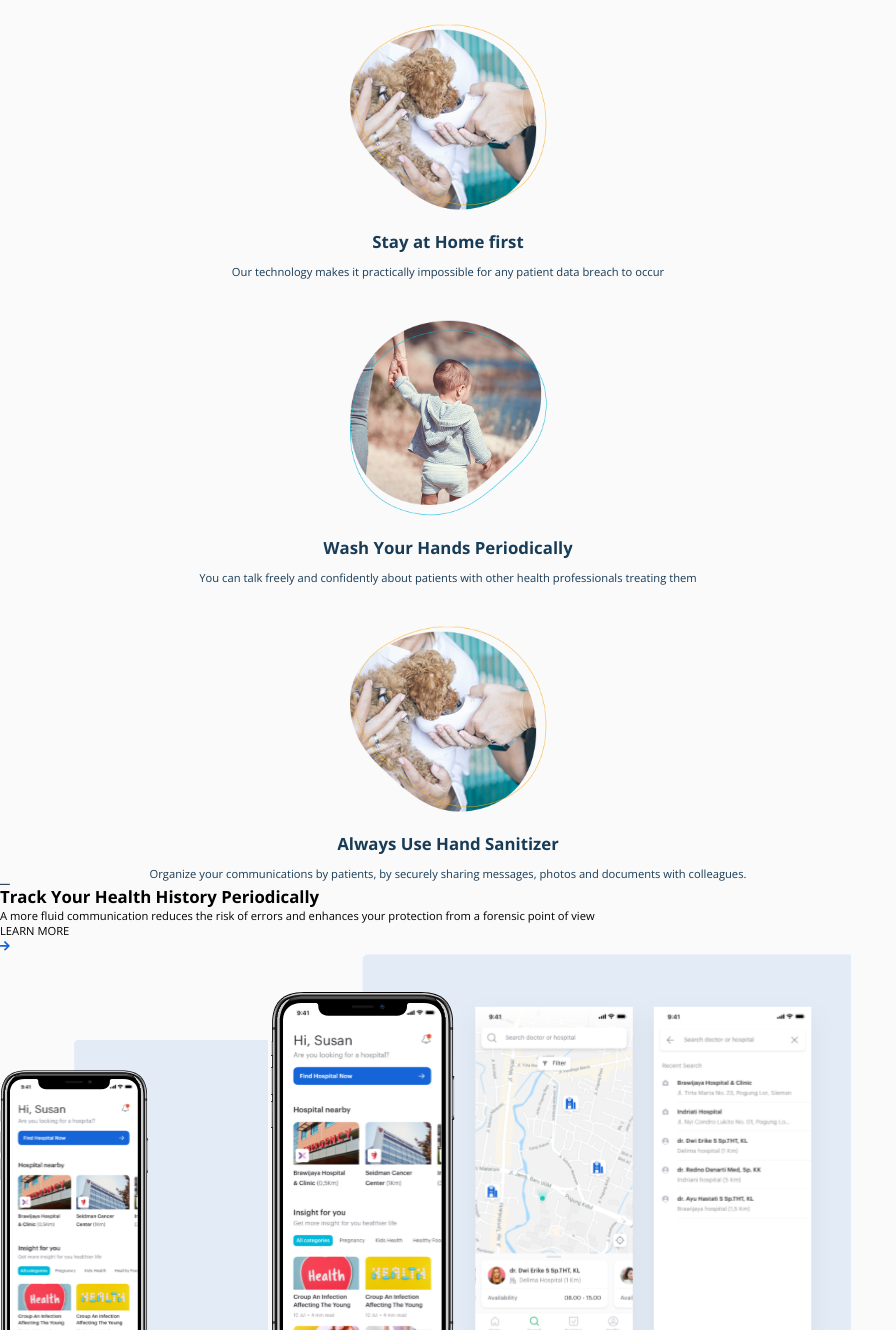
Repository: Esttevo/prova-html-css
Page: index.html
These files come from the project's save history. The page is drawn as it stood at one moment and after a run of saves; the edit follows.
The browser window is 1280 px wide. The pictures show the part of the page from y = 3615 to 5515 px (the page is 6748 px tall before and 6747 px after), at 70% of full size.
A picture or video elsewhere on the page could not be fetched, so the positions and the page height are approximate.

Above is the page before, as saved 2026-09-01 14:54:23.

### index.html
<!DOCTYPE html>
<html lang="en">
<head>
    <meta charset="UTF-8">
    <meta name="viewport" content="width=device-width, initial-scale=1.0">
    <title>Document</title>
    <link rel="stylesheet" href="style.css">
</head>
<body>
    <header>
        <img id="header-logo" src="img/icons/Logo.svg" alt="Logo escrita EHYA">

        <nav id="header-nav">
            <a class="no-chevron" href="#">Home</a>
            <a class="with-chevron" href="#">
                Landings
                <img src="img/icons/icon-chevron-down.svg" alt="indica que possui uma lista ao clicar">
            </a>
            <a class="with-chevron" href="#">
                Pages
                <img src="img/icons/icon-chevron-down.svg" alt="indica que possui uma lista ao clicar">
            </a>
            <a href="#">Docs</a>
            <a href="#">Help</a>
            <button>Get it now</button>
        </nav>

        <img src="img/icons/icon-menu-hamburger.svg" alt="Menu hamburger">
    </header>

    <main>
        <section id="section-hero">
            <div id="hero-text">
                <div id="bar-text">
                    <div class="estilization-bar"> a</div>

                    <h4>
                        Changing the way you
                        go to healthcare
                    </h4>
                </div>

                <h1>
                    Primary Care
                    Designed for
                    Real Life
                </h1>

                <p>
                Discuss patients, share notes and documents in a secure manner and be part of a network of health professionals ready to
                collaborate better.
                </p>

                <form id="form-hero" action="#">
                    <input id="text-write" type="text" placeholder="name@youremail.com">
                    <input id="button" type="submit" value="Subscribe">
                </form>
            </div>
            <img src="img/image-hero.png" alt="4 medicos sorrindo e uma medica sobrepondo os 4">
        </section>

        <section id="section-connect">
            <div id="connect-title-subtitle">
                <h2>
                    Connect easily. Collaborate efficiently.
                </h2>

                 <p>
                    Rather than do things the
                    ypical way, we’ve created
                    a membership-based primary
                    care practice truly designed
                    around your needs.
                </p>
            </div>

           <img src="img/Dashboard.svg" alt="dashboard de exemplo de um sistema de agendamento">

           <div id="cards-advantages">
                <div id="card-advantages-doctor">
                     <h2>01</h2>
                     <h3>For Doctor</h3>
                     <p>
                         You get an in-house
                         team to guide and advocate
                         for you through questions
                     </p>
                </div>

                <div id="card-advantages-patient">
                     <h2>02</h2>
                     <h3>For Patient</h3>
                     <p>
                         You get an in-house
                         team to guide and advocate
                         for you through questions
                     </p>
                </div>

                <div id="card-advantages-clinician">
                     <h2>03</h2>
                     <h3>For Clinician</h3>
                     <p>
                         You get an in-house
                         team to guide and advocate
                         for you through questions
                     </p>
                </div>
            </div>
        </section>

        <section id="section-protect">
            <h2>
                Protect yourself and your family first.
            </h2>

            <div id="protect-content-tips">
                <div class="content-tips-card">
                    <img src="img/icons/icon-house.svg" alt="">

                    <h3>
                        Stay at Home first
                    </h3>

                    <p>
                        Our technology makes
                        it practically impossible
                        for any patient data breach to occur
                    </p>
                </div>

                <div class="content-tips-card">
                    <img src="img/icons/icon-hand.svg" alt="">

                    <h3>
                        Wash Your Hands Periodically
                    </h3>

                    <p>
                        You can talk freely and confidently
                        about patients with other health professionals
                         treating them
                    </p>
                </div>

                <div class="content-tips-card">
                    <img src="img/icons/icon-remedy.svg" alt="">

                    <h3>
                        Consume more Vitamin C
                    </h3>

                    <p>
                        A more fluid communication reduces
                        the risk of errors and enhances your
                        protection from a forensic point of view
                    </p>
                </div>

                <div class="content-tips-card">
                    <img src="img/icons/icon-medicament.svg" alt="">

                    <h3>
                        Always Use Hand Sanitizer
                    </h3>

                    <p>
                        Organize your communications
                        by patients, by securely sharing
                        messages, photos and documents
                        with colleagues.
                    </p>
                </div>
            </div>
        </section>

        <section id="section-modern">
            <h2>
                Modern clinics.
                Smart, hassle
                -free care.
            </h2>

            <div id="modern-cards-content">
                <div class="modern-content-img-text">
                    <img src="img/image-medic.svg" alt="equipamentos de medico">
                    <h3>
                        Consume more Vitamin C
                    </h3>

                    <p>
                        A more fluid communication reduces
                        the risk of errors and enhances your
                        protection from a forensic point of view
                    </p>
                </div>

                <div class="modern-content-img-text">
                    <img src="img/image-dog.png" alt="cachorro tomando agua no colo">
                    <h3>
                        Stay at Home first
                    </h3>

                    <p>
                        Our technology makes
                        it practically impossible
                        for any patient data breach to occur
                    </p>
                </div>

                <div class="modern-content-img-text">
                    <img src="img/image-kid.png" alt="Criança caminhando de mão dada">
                    <h3>
                        Wash Your Hands Periodically
                    </h3>

                    <p>
                        You can talk freely and confidently
                        about patients with other health professionals
                         treating them
                    </p>
                </div>

                <div class="modern-content-img-text">
                    <img src="img/image-dog.png" alt="cachorro tomando agua no colo">
                    <h3>
                        Always Use Hand Sanitizer
                    </h3>

                    <p>
                        Organize your communications
                        by patients, by securely sharing
                        messages, photos and documents
                        with colleagues.
                    </p>
                </div>
            </div>
        </section>

        <section id="section-health">
            <div class="health-content-text">
                <div class="estilization-bar"></div>

                <h2>
                     Track Your Health
                     History Periodically
                </h2>

                <p>
                 A more fluid communication reduces
                 the risk of errors and enhances your
                 protection from a forensic
                 point of view
                </p>

                <div id="learn-more">
                     <p>LEARN MORE</p>
                     <img src="img/icons/icon-arrow-right.svg" alt="seta para a direita, clique para ler mais">
                </div>
            </div>

           <img id="image-mobile" src="img/image-health-mobile.svg" alt="iphone em um site de localização de hospitais com mapa e busca">
            <img id="image-desktop" src="img/image-health-desktop.svg" alt="iphone em um site de localização de hospitais com mapa e busca">
           <div id="count-pages">
                <p>1/4 screen</p>

                <div id="img-arrow">
                    <img src="img/icons/icon-button-left.svg" alt="botão para tela da esquerda">
                    <img src="img/icons/icon-button-right.svg" alt="botão para tela da direita">
                </div>
           </div>
        </section>

        <section id="section-resources">
            <article class="selected-resources-card">
                <img src="img/icons/icon-docs.png" alt="simbolo de documento">

                <h3>Stay at Home first</h3>

                <p>
                    A more fluid communication
                    reduces the risk of errors.
                </p>

                <a href="#">
                    READ ARTICLE
                </a>
            </article>

            <article class="resources-card">
                <img src="img/icons/icon-docs.png" alt="simbolo de documento">

                <h3>
                    Wash Your Hands
                </h3>

                <p>
                    A more fluid communication
                    reduces the risk of errors.
                </p>

                <a href="#">
                    READ ARTICLE
                </a>
            </article>

            <article class="resources-card">
                <img src="img/icons/icon-docs.png" alt="simbolo de documento">

                <h3>Use Hand Sanitizer</h3>

                <p>
                    A more fluid communication
                    reduces the risk of errors.
                </p>

                <a href="#">
                    READ ARTICLE
                </a>
            </article>

            <article class="resources-card">
                <img src="img/icons/icon-docs.png" alt="simbolo de documento">

                <h3>Consume Vitamin C</h3>

                <p>
                    A more fluid communication
                    reduces the risk of errors.
                </p>

                <a href="#">
                    READ ARTICLE
                </a>
            </article>
        </section>

        <section id="section-updates">
            <h2>be the first to know our updates</h2>

            <form action="#">
                <input  type="text" id="name" name="name" placeholder="&#xF007; Teste">
                <input  type="text" id="name" name="name" placeholder="&#xF007; Teste">
                <input type="submit" value="Subscribe Us">
            </form>
        </section>
    </main>

    <footer id="footer">
        <div id="footer-content-nav">
            <nav class="nav-footer">
                <a class="nav-title" href="#">Product</a>
                <a class="nav-item" href="#">Landingpage</a>
                <a class="nav-item" href="#">Features</a>
                <a class="nav-item" href="#">Documentation</a>
                <a class="nav-item" href="#">Referral Program</a>
                <a class="nav-item" href="#">Pricing</a>
            </nav>

            <nav class="nav-footer">
                <a class="nav-title" href="#">Services</a>
                <a class="nav-item" href="#">Documentation</a>
                <a class="nav-item" href="#">Design</a>
                <a class="nav-item" href="#">Themes</a>
                <a class="nav-item" href="#">Illustrations</a>
                <a class="nav-item" href="#">UI Kit</a>
            </nav>

            <nav class="nav-footer">
                <a class="nav-title" href="#">Company</a>
                <a class="nav-item" href="#">About</a>
                <a class="nav-item" href="#">Terms</a>
                <a class="nav-item" href="#">Privacy Policy</a>
                <a class="nav-item" href="#">Careers</a>
            </nav>

            <nav class="nav-footer">
                <a class="nav-title" href="#">More</a>
                <a class="nav-item" href="#">Documentation</a>
                <a class="nav-item" href="#">License</a>
                <a class="nav-item" href="#">Changelog</a>
            </nav>
        </div>

        <img src="img/icons/Logo.svg" alt="simbolo de logo">

        <p>Build a modern and creative website with crealand</p>

        <div id="icons-footer">
            <img src="img/icons/Icon-google.svg" alt="icone redirecionamento google">
            <img src="img/icons/icon-email.svg" alt="icone redirecionamento email">
            <img src="img/icons/icon-instagram.svg" alt="icone redirecionamento instagram">
            <img src="img/icons/icon-linkedin.svg" alt="icone redirecionamento linkedIn">
        </div>
    </footer>
</body>
</html>

### style.css
@import url('https://fonts.googleapis.com/css2?family=Inter:ital,opsz,wght@0,14..32,100..900;1,14..32,100..900&display=swap');
@import url('https://fonts.googleapis.com/css2?family=Inter:ital,opsz,wght@0,14..32,100..900;1,14..32,100..900&family=Open+Sans:ital,wght@0,300..800;1,300..800&display=swap');

:root {
    --primary-background-color: #FAFAFA;
    --secundary-background-color: #FFFFFF;

    --primary-color: #1565D8;

    --primary-tittle-font-color: #183B56;

    --primary-subtittle-font-color: #5A7184;

    --primary-font-family: "Open Sans", sans-serif;
    --secundary-font-family: "Inter", sans-serif;

    --color-spacing: #E3E7ED;
}

* {
    margin: 0;
    padding: 0;
    text-decoration: none;
    box-sizing: border-box;
    overflow-x: hidden;
}

body {
    font-family: var(--primary-font-family);
    background-color: var(--primary-background-color);
}

header {
    display: flex;
    justify-content: space-between;
    padding: 1.2rem 1.5rem;

}

#header-nav {
    display: none;
}

#bar-text {
    display: flex;
    flex-direction: column;
    align-items: center;
    gap: 1rem;
    padding: 1.2rem 3rem;
}

.estilization-bar {
    background-color: #344563;;
    width: 14px;
    height: 2px;
}

#bar-text h4 {
    font-size: clamp(14px, 1vw, 30px);
    text-align: center;
    line-height: 150%;
    color: var(--primary-tittle-font-color);
}

#section-hero {
    display: flex;
    flex-direction: column;
    padding: 0 clamp(1.25rem, 6vw, 9rem);
}

#section-hero h1 {
    color: var(--primary-tittle-font-color);
    text-align: center;
    line-height: 125%;
    font-weight: 700;
    letter-spacing: 0.2;
    font-family: var(--secundary-font-family);
    padding: 0 1rem;
    font-size: clamp(32px, 5vw, 56px);
}

#section-hero p {
    color: var(--primary-subtittle-font-color);
    text-align: center;
    font-size: 1rem;
    padding-top: 1rem;
    line-height: 175%;
}

#section-hero form {
    display: flex;
    flex-direction: column;
    width: clamp(280px, 100%, 400px);
    padding: 2rem 0;
    justify-self: center;
}

#section-hero #text-write {
    height: 3.8rem;
    border: none;
    border-radius: 0.5rem;
    padding: 1rem;
    font-family: var(--primary-font-family);
}

#section-hero #button {
    background-color: var(--primary-color);
    border: none;
    font-size: var(--primary-font-family);
    color: #FFFFFF;
    border-radius: 0.5rem;
    padding: 0.5rem 0;
    height: 2.5rem;
}

#section-hero img {
    width: clamp(280px, 100%, 540px);
    align-self: center;
    padding-bottom: 3rem;
}

#section-connect {
    display: flex;
    flex-direction: column;
    padding: 0 clamp(1.25rem, 6vw, 9rem);

}

#connect-tittle-subtittle h2{
    border-top: 1px solid var(--color-spacing);
    color: var(--primary-tittle-font-color);
    text-align: center;
    padding: 1rem;
    padding-top: 3.7rem;
    line-height: 125%;
    font-family: var(--secundary-font-family);
}

#connect-tittle-subtittle p {
    color: var(--primary-subtittle-font-color);
    text-align: center;
    line-height: 175%;
    padding-bottom: 0.5rem;
}

#section-connect img {
    width: 438px;
    /* fica certo aos 498, nsei como fazer ainda*/
}

#cards-advantages {
    display: flex;
    flex-direction: column;
    padding-bottom: 3.7rem;
    border-bottom: 1px solid var(--color-spacing);
}

#first-card-advantages {
    display: flex;
    flex-direction: column;
    background-color: var(--secundary-background-color);
    padding: 1rem 1.5rem 1rem 1.5rem;
    border: 1px solid #F8F9FA;
    border-radius: 8px;

}

#first-card-advantages h2 {
    color: var(--primary-color);
    font-size: clamp(24px, 3vw, 48px);
    padding-bottom: 0.8rem;
}

#first-card-advantages h3 {
    font-family: var(--secundary-font-family);
    color: var(--primary-tittle-font-color);
    padding-bottom: 0.5rem;
}

#first-card-advantages p {
    color: var(--primary-subtittle-font-color);
}

#second-card-advantages {
    display: none;
}

#third-card-advantages {
    display: none;
}

#section-protect {
    display: flex;
    flex-direction: column;
    align-content: center;
    padding: 0 clamp(1.25rem, 6vw, 9rem);

}

#section-protect h2  {
    font-family: var(--secundary-font-family);
    font-size: clamp(24px, 3vw, 48px);
    color: var(--primary-tittle-font-color);
    padding-bottom: 2rem;
    padding-top: 4rem;
    text-align: center;
    letter-spacing: 0.2;
    font-weight: 700;
}

#protect-content-tips {
    display: flex;
    flex-direction: column;
}

.content-tips-card {
    display: flex;
    flex-direction: column;
    align-items: center;
    padding-bottom: 5rem;
}

.content-tips-card img {
    width: clamp(82px, 9vw, 130px);
    align-self: center;
    margin: 2rem;
}

.content-tips-card h3 {
    font-family: var(--secundary-font-family);
    font-size: clamp(16px, 3vw, 20px);
}
.content-tips-card p {
    color: var(--primary-subtittle-font-color);
    text-align: center;
    padding-top: 0.6rem;
    line-height: 170%;
}

#section-modern {
    display: flex;
    flex-direction: column;
    padding: 0 clamp(1.25rem, 6vw, 9rem);
}

#section-modern h2 {
    color: var(--primary-tittle-font-color);
    padding-left: 1rem;
    padding-right: 1rem;
    padding-top: 4.5rem;
    border-top: 1px solid var(--color-spacing);
    font-size: clamp(28px, 5vw, 48px);
    text-align: center;
    line-height: 130%;
}

.modern-content-img-text {
    display: flex;
    flex-direction: column;
    justify-content: center;
    align-items: center;

    padding-top: 3.5rem;
}

.modern-content-img-text h3 {
    color: var(--primary-tittle-font-color);
    padding-top: 1.8rem;
    padding-bottom: 14px;
    font-size: clamp(22px, 2vw, 24px);
}

.modern-content-img-text p {
    color: var(--primary-tittle-font-color);
   font-size: clamp(14px, 2vw, 16px);
    line-height: 170%;
    text-align: center;
}

After the next 2 saves:
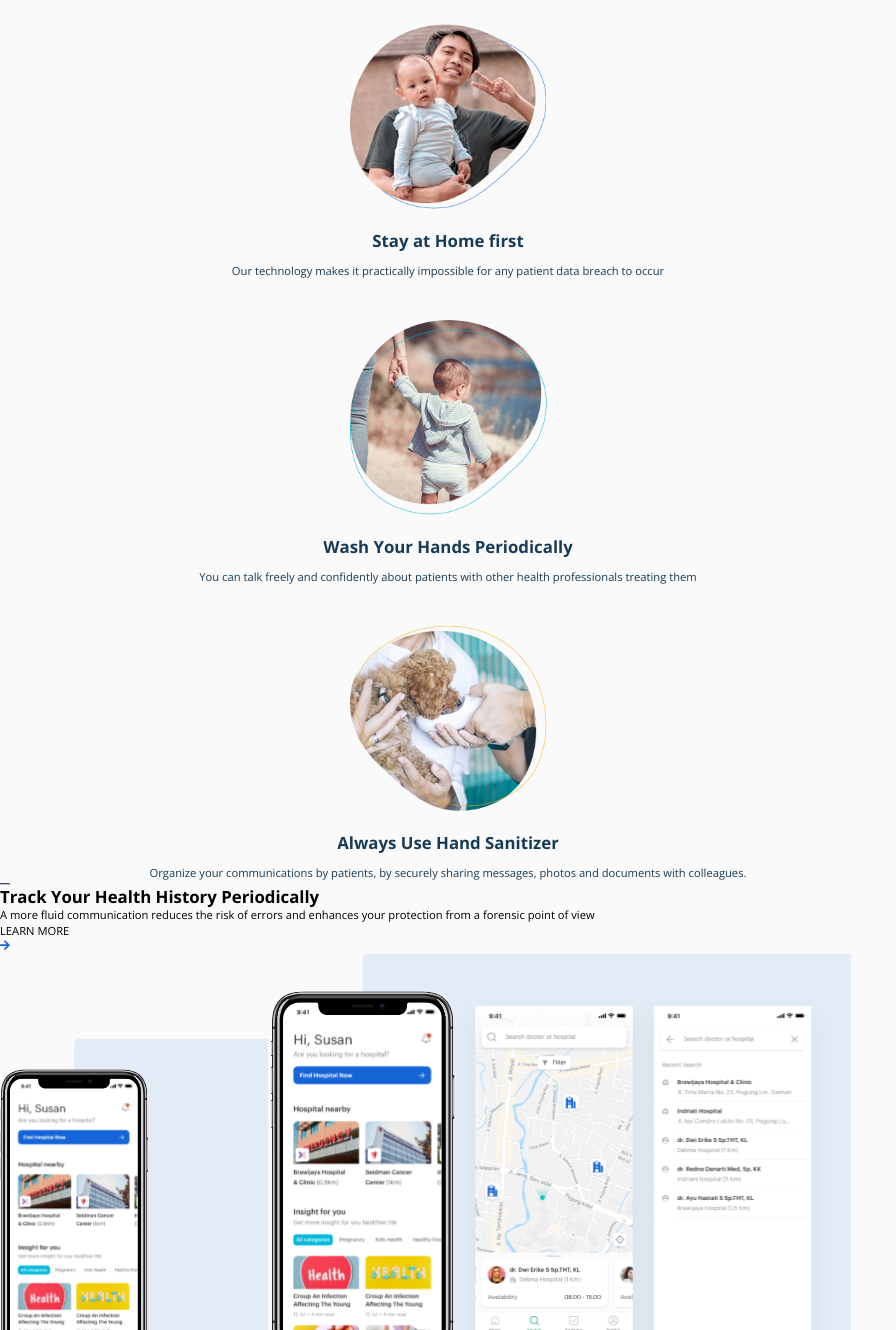
The 2 saves are shown as one change because they came seconds apart.
The last was saved 7 s later.
--- a/index.html
+++ b/index.html
@@ -196,7 +196,7 @@
                 </div>
 
                 <div class="modern-content-img-text">
-                    <img src="img/image-dog.png" alt="cachorro tomando agua no colo">
+                    <img src="img/image-kid-dad.png" alt="cachorro tomando agua no colo">
                     <h3>
                         Stay at Home first
                     </h3>
